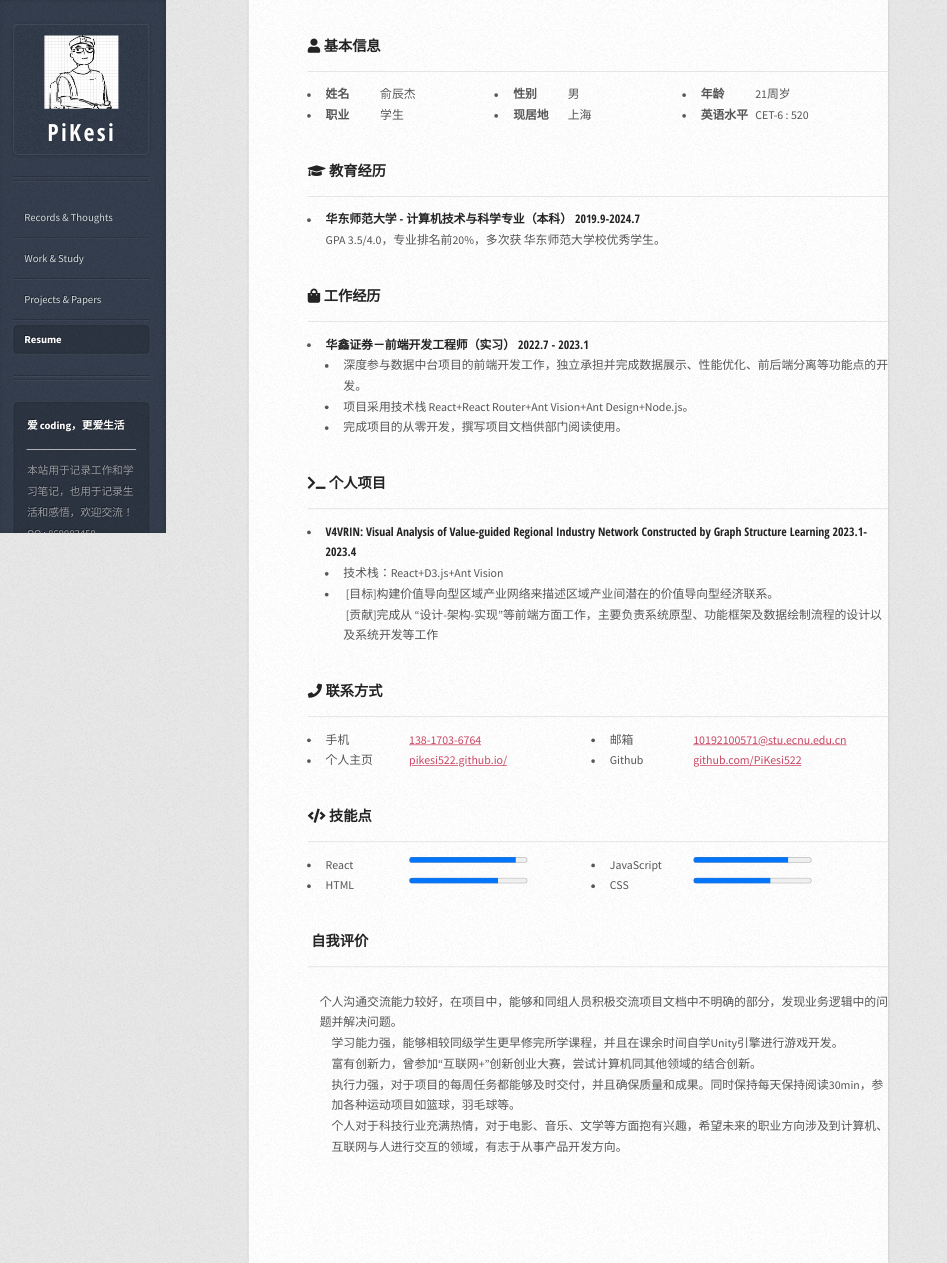
Repository: PiKesi522/PiKesi522.github.io
Page: resume.html
The author's editor kept a copy of each file at every save. The page is drawn from the files as they stood at one save, then again after the next save.
The browser window is 1280 px wide. The pictures show the whole page, at 74% of full size.

Above is the page before, as saved 2023-04-11 11:28:05.

### resume.html
<!DOCTYPE HTML>
<!--
	Striped by HTML5 UP
	html5up.net | @ajlkn
	Free for personal and commercial use under the CCA 3.0 license (html5up.net/license)
-->
<html>

<head>
    <title>Striped by HTML5 UP</title>
    <meta charset="utf-8" />
    <meta name="viewport" content="width=device-width, initial-scale=1, user-scalable=no" />
    <link rel="stylesheet" href="assets/css/main.css" />
</head>

<body class="is-preload">

    <!-- Content -->
    <div id="content">
        <div class="inner">

            <article class="container">
                <section class="side" id="side">
                    <!-- 个人肖像 -->
                    <!-- <section class="me"> -->

                    <!-- <h6 class="name" style="font-size: 30px;">PiKesi</h6> -->
                    <!-- <section class="portrait"> -->
                    <!-- 头像照片 -->
                    <!-- <img class="avatar" src="assets/images/avatar.jpg" style="padding-top: 1vh; width: 300px;" onload="loading()"> -->
                    <!-- </section> -->

                    <!-- </section> -->

                    <!-- 基本信息 -->
                    <section class="profile info-unit">
                        <h2>
                            <i class="fa fa-user" aria-hidden="true"></i> 基本信息
                        </h2>
                        <hr />
                        <ul style="display: grid;grid-template-columns:repeat(3, 33%);">
                            <li>
                                <div>
                                    <label style="font-weight: 600;">姓名</label>
                                    <span>俞辰杰</span>
                                </div>
                            </li>
                            <li>
                                <div>
                                    <label style="font-weight: 600;">性别</label>
                                    <span>男</span>
                                </div>
                            </li>
                            <li>
                                <div>
                                    <label style="font-weight: 600;">年龄</label>
                                    <span>21周岁</span>
                                </div>
                            </li>
                            <li>
                                <div>
                                    <label style="font-weight: 600;">职业</label>
                                    <span>学生</span>
                                </div>
                            </li>
                            <li>
                                <div>
                                    <label style="font-weight: 600;">现居地</label>
                                    <span>上海</span>
                                </div>
                            </li>
                            <li>
                                <div>
                                    <label style="font-weight: 600;">英语水平</label>
                                    <span>CET-6 : 520</span>
                                </div>
                            </li>
                            <!-- <li>
                                        <label>计算机水平</label>
                                        <span>软考中级</span>
                                    </li> -->
                        </ul>
                    </section>


                    <!--
                    <section class="qrcode info-unit">
                        <h2><i class="fa fa-qrcode" aria-hidden="true"></i>二维码</h2>
                        <hr />
                        <img src="https://github.com/if2er/FeZaoDuKe-Collection/blob/master/ifeees.jpg?raw=true"
                            style="width: 100%;" alt="">
                    </section> -->

                    <!-- 技术栈 -->
                    <!-- <div class="stack info-unit">
                                    <h2><i class="fa fa-code" aria-hidden="true"></i>其他</h2>
                                    <hr/>
                                    <ul>
                                        <li>
                                            <label>前端</label>
                                            <span>React、jQuery、微信小程序、Bootstrap、SASS、LESS</span>
                                        </li>
                                        <li>
                                            <label>后端</label>
                                            <span>Node.js、MySQL、MongoDB、WordPress、ThinkPHP</span>
                                        </li>
                                        <li>
                                            <label>其他</label>
                                            <span>Git、SVN、Markdown</span>
                                        </li>
                                    </ul>
                                </div> -->
                </section>

                <section class="main">

                    <!-- 教育经历 -->
                    <section class="edu info-unit">
                        <h2>
                            <i class="fa fa-graduation-cap" aria-hidden="true"></i> 教育经历
                        </h2>
                        <hr />
                        <ul>
                            <!-- <li>
                                <h3>
                                    <span>华东师范大学 - 计算机技术与科学专业</span>
                                    <time>2019.9-2024.7</time>
                                </h3>
                                <p>GPA
                                    <mark>3.5/4.0</mark>，期间发表国际会议英文摘要X篇，国内核心期刊文章X篇（其中第一作者X篇），获XXX，XXX2次，XXX2次。(此处根据自身情况填写，可以突出自己的亮点，或者跟求职目标相关的内容)
                                </p>
                            </li> -->
                            <li>
                                <h3>
                                    <span>华东师范大学 - 计算机技术与科学专业（本科）</span>
                                    <time>2019.9-2024.7</time>
                                </h3>
                                <p>GPA
                                    <mark>3.5/4.0</mark>，专业排名前20%，多次获 华东师范大学校优秀学生。
                                </p>
                            </li>
                        </ul>
                    </section>

                    <!-- 工作经历 -->
                    <section class="work info-unit">
                        <h2>
                            <i class="fa fa-shopping-bag" aria-hidden="true"></i> 工作经历
                        </h2>
                        <hr />
                        <ul>
                            <li>
                                <h3>
                                    <span>华鑫证券－前端开发工程师（实习）</span>
                                    <time>2022.7 - 2023.1</time>
                                </h3>
                                <ul class="info-content">
                                    <li>深度参与数据中台项目的前端开发工作，独立承担并完成数据展示、性能优化、前后端分离等功能点的开发。
                                    </li>
                                    <li>
                                        项目采用技术栈
                                        <mark>React+React Router+Ant Vision+Ant Design+Node.js</mark>。
                                    </li>
                                    <li>完成项目的从零开发，撰写项目文档供部门阅读使用。
                                    </li>
                                </ul>
                            </li>
                            <!-- <li>
                                <h3>
                                    <span>[经历2]XX－前端开发工程师（实习）</span>
                                    <time>20XX.10 - 20XX.7</time>
                                </h3>
                                <ul class="info-content">
                                    <li>深度参与公司主线产品「XXXX」的前端开发工作，完成帖子快捷回复、
                                        <mark>全站图片懒加载</mark>、活动banner、帖子管理（使用Yii框架）等功能。项目采用技术栈phpWind+NAMP。
                                        <a href="http://itsay.tech/162/" target="_blank">
                                            <i class="fa fa-link" aria-hidden="true"></i>博客文章</a>。
                                    </li>
                                    <li>主要参与公司产品「XXXX」的前端开发工作，实现接入微博、微信、QQ等
                                        <mark>第三方账号登录</mark>等功能。项目采用技术栈WordPress+NAMP。
                                    </li>
                                    <li>活动页面的开发（七夕活动、抽奖活动以及承接外包页面）。</li>
                                    <li>论坛
                                        <mark>图片增量备份</mark>（CentOS+vsftpd+crontab）
                                        <a href="#" target="_blank">
                                            <i class="fa fa-link" aria-hidden="true"></i>博客文章</a>。
                                    </li>
                                </ul>
                            </li> -->
                        </ul>
                    </section>

                    <!-- 项目经验 -->
                    <section class="project info-unit">
                        <h2>
                            <i class="fa fa-terminal" aria-hidden="true"></i> 个人项目
                        </h2>
                        <hr />
                        <ul>
                            <li>
                                <h3>
                                    <span>V4VRIN: Visual Analysis of Value-guided Regional Industry Network Constructed
                                        by Graph Structure Learning</span>
                                    <span class="link">
                                        <!-- <a href="#" target="_blank">Demo</a> -->
                                    </span>
                                    <time>2023.1-2023.4</time>
                                </h3>
                                <ul class="info-content">
                                    <li>技术栈：React+D3.js+Ant Vision</li>
                                    <li>
                                        <i class="fa fa-paper-plane-o" aria-hidden="true"></i>
                                        [目标]构建价值导向型区域产业网络来描述区域产业间潜在的价值导向型经济联系。
                                        <br />
                                        <!-- <i class="fa fa-users" aria-hidden="true"></i>
                                        [团队]同 2 位同专业同学一起
                                        <br /> -->
                                        <i class="fa fa-paper-plane-o" aria-hidden="true"></i>
                                        [贡献]完成从
                                        <mark>“设计-架构-实现”</mark>等前端方面工作，主要负责系统原型、功能框架及数据绘制流程的设计以及系统开发等工作
                                        <br />
                                        <!-- <i class="fa fa-thumbs-o-up" aria-hidden="true"></i>
                                        [效果]作品最终取得第三届共享杯国家级竞赛“一等奖” （2/2000） -->
                                    </li>
                                </ul>
                            </li>
                            <!-- <li>
                                <h3>
                                    <span>[项目2]肿瘤流行病数据可视化</span>
                                    <span class="link">
                                        <a href="#" target="_blank">Demo</a>
                                    </span>
                                    <time>201X.X-201X.X</time>
                                </h3>
                                <ul class="info-content">
                                    <li>技术栈：HTML 5+D3.js+ECharts+MySQL</li>
                                    <li>
                                        <i class="fa fa-paper-plane-o" aria-hidden="true"></i>
                                        [目标]实现常见肿瘤流行病数据多维度可视化展示、数据透视及分析
                                        <br />
                                        <i class="fa fa-users" aria-hidden="true"></i>
                                        [团队]与 1 位同学
                                        <br />
                                        <i class="fa fa-bars" aria-hidden="true"></i>
                                        [贡献]分析项目需求，清洗并整理相关数据(扩展第三方知识组织系统和 Google trends 数据)，并用
                                        <mark>D3.js</mark> 和
                                        <mark>ECharts</mark> 进行图形化展示以及实现简易自动分析 功能
                                        <br />
                                        <i class="fa fa-thumbs-o-up" aria-hidden="true"></i>
                                        [效果]作品取得第二届共享杯国家级竞赛“特等奖”(1/1500)
                                    </li>
                                </ul>
                            </li>
                            <li>
                                <h3>
                                    <span>[项目3]肿瘤流行病数据可视化</span>
                                    <span class="link">
                                        <a href="#" target="_blank">Demo</a>
                                    </span>
                                    <time>201X.X-201X.X</time>
                                </h3>
                                <ul class="info-content">
                                    <li>技术栈：HTML 5+D3.js+ECharts+MySQL</li>
                                    <li>
                                        <i class="fa fa-paper-plane-o" aria-hidden="true"></i>
                                        [目标]实现常见肿瘤流行病数据多维度可视化展示、数据透视及分析
                                        <br />
                                        <i class="fa fa-users" aria-hidden="true"></i>
                                        [团队]与 1 位同学
                                        <br />
                                        <i class="fa fa-bars" aria-hidden="true"></i>
                                        [贡献]分析项目需求，清洗并整理相关数据(扩展第三方知识组织系统和 Google trends 数据)，并用
                                        <mark>D3.js</mark> 和
                                        <mark>ECharts</mark> 进行图形化展示以及实现简易自动分析功能
                                        <br />
                                        <i class="fa fa-thumbs-o-up" aria-hidden="true"></i>
                                        [效果]作品取得第二届共享杯国家级竞赛“特等奖”(1/1500)
                                    </li>
                                </ul>
                            </li>
                            <li>
                                <h3>
                                    <span>[项目4]肿瘤流行病数据可视化</span>
                                    <span class="link">
                                        <a href="#" target="_blank">Demo</a>
                                    </span>
                                    <time>201X.X-201X.X</time>
                                </h3>
                                <ul class="info-content">
                                    <li>技术栈：HTML 5+D3.js+ECharts+MySQL</li>
                                    <li>
                                        <i class="fa fa-paper-plane-o" aria-hidden="true"></i>
                                        [目标]实现常见肿瘤流行病数据多维度可视化展示、数据透视及分析
                                        <br />
                                        <i class="fa fa-users" aria-hidden="true"></i>
                                        [团队]与 1 位
                                        <br />
                                        <i class="fa fa-bars" aria-hidden="true"></i>
                                        [贡献]分析项目需求，清洗并整理相关数据(扩展第三方知识组织系统和 Google trends 数据)，并用
                                        <mark>D3.js</mark> 和
                                        <mark>ECharts</mark> 进行图形化展示以及实现简易自动分析 功能
                                        <br />
                                        <i class="fa fa-thumbs-o-up" aria-hidden="true"></i>
                                        [效果]作品取得第二届共享杯国家级竞赛“特等奖”(1/1500)
                                    </li>
                                </ul>
                            </li> -->

                        </ul>
                    </section>

                    <!-- 联系方式 -->
                    <section class="contact info-unit">
                        <h2>
                            <i class="fa fa-phone" aria-hidden="true"></i> 联系方式
                        </h2>
                        <hr />
                        <ul style="display: grid; grid-template-columns:repeat(2, 50%);">
                            <li>
                                <div>
                                    <label>手机</label>
                                    <a href="#" target="_blank">138-1703-6764</a>
                                </div>
                            </li>
                            <li>
                                <div>
                                    <label>邮箱</label>
                                    <a href="mailto:10192100571@stu.ecnu.edu.cn"
                                        target="_blank">10192100571@stu.ecnu.edu.cn</a>
                                </div>
                            </li>
                            <li>
                                <div>
                                    <label>个人主页</label>
                                    <a href="https://pikesi522.github.io/" target="_blank">pikesi522.github.io/</a>
                                </div>
                            </li>
                            <li>
                                <div>
                                    <label>Github</label>
                                    <a href="https://github.com/PiKesi522" target="_blank">github.com/PiKesi522</a>
                                </div>
                            </li>
                        </ul>
                    </section>

                    <!-- 技能点 -->
                    <section class="skill info-unit">
                        <h2>
                            <i class="fa fa-code" aria-hidden="true"></i> 技能点
                        </h2>
                        <hr />
                        <ul style="display: grid; grid-template-columns:repeat(2, 50%);">
                            <li>
                                <div style="display: grid; grid-template-columns: 30% 70%;">
                                    <label>React</label>
                                    <div>
                                        <progress value="90" max="100"></progress>
                                    </div>
                                </div>
                            </li>
                            <li>
                                <div style="display: grid; grid-template-columns: 30% 70%;">
                                    <label>JavaScript</label>
                                    <div>
                                        <progress value="80" max="100"></progress>
                                    </div>
                                </div>
                            </li>
                            <li>
                                <div style="display: grid; grid-template-columns: 30% 70%;">
                                    <label>HTML</label>
                                    <div>
                                        <progress value="75" max="100"></progress>
                                    </div>
                                </div>
                            </li>
                            <li>
                                <div style="display: grid; grid-template-columns: 30% 70%;">
                                    <label>CSS</label>
                                    <div>
                                        <progress value="65" max="100"></progress>
                                    </div>
                                </div>
                            </li>
                        </ul>
                    </section>

                    <!-- 自我评价 -->
                    <section class="work info-unit">
                        <h2>
                            <i class="fa fa-pencil" aria-hidden="true"></i> 自我评价
                        </h2>
                        <hr />
                        <p>
                            <ul>个人沟通交流能力较好，在项目中，能够和同组人员积极交流项目文档中不明确的部分，发现业务逻辑中的问题并解决问题。
                            <br/>
                            <ul>学习能力强，能够相较同级学生更早修完所学课程，并且在课余时间自学Unity引擎进行游戏开发。
                            <br/>
                            富有创新力，曾参加“互联网+”创新创业大赛，尝试计算机同其他领域的结合创新。
                            <br/>
                            执行力强，对于项目的每周任务都能够及时交付，并且确保质量和成果。同时保持每天保持阅读30min，参加各种运动项目如篮球，羽毛球等。
                            <br/>
                            个人对于科技行业充满热情，对于电影、音乐、文学等方面抱有兴趣，希望未来的职业方向涉及到计算机、互联网与人进行交互的领域，有志于从事产品开发方向。
                            <!-- <span class="mark-txt">“多静多思考，反省不张扬”</span>是我给自己总结的“十字箴言”，鞭策自己做人既不能以己度人，也不以人观己，要脚踏实地做事，坚持自己的梦想和本心。 -->
                        </p>
                    </section>
                </section>
            </article>

        </div>
    </div>

	<!-- Sidebar -->
	<div id="sidebar">

		<!-- Logo -->
		<h1 id="logo">
			<a href="#">
				<img style="width: 100px;"
                    src="assets/images/icon1.jpg"
                    alt="Avator">
				<div style="margin: 0.5em 0 0 0;">
					PiKesi
				</div>
			</a>
		</h1>


		<!-- Nav -->
		<nav id="nav">
			<ul>
				<li><a href="index.html">Records & Thoughts</a></li>
				<li><a href="note.html">Work & Study</a></li>
				<li><a href="projects.html">Projects & Papers</a></li>
				<li class="current"><a href="resume.html">Resume</a></li>
				<!-- <li><a href="#">Contact Me</a></li> -->
			</ul>
		</nav>

		<!-- Text -->
		<section class="box text-style1">
			<div class="inner">
				<p>
					<strong> 爱 coding，更爱生活</strong>
					<hr>
					本站用于记录工作和学习笔记，也用于记录生活和感悟，欢迎交流！
					<br/>
					QQ : 860083450
					<br/>
					WX : PiKesi22
				</p>
			</div>
		</section>
	</div>

    <!-- Scripts -->
    <script src="assets/js/jquery.min.js"></script>
    <script src="assets/js/browser.min.js"></script>
    <script src="assets/js/breakpoints.min.js"></script>
    <script src="assets/js/util.js"></script>
    <script src="assets/js/main.js"></script>

</body>

</html>

Loaded but not shown: assets/js/jquery.min.js (library); assets/js/browser.min.js (common file); assets/css/fontawesome-all.min.css (library); assets/js/breakpoints.min.js (common file); assets/js/util.js (587 lines, source omitted); assets/css/main.css (3019 lines, source omitted); public/assets/js/main.js (no copy from this time; the picture is the same without it)

After the next save:
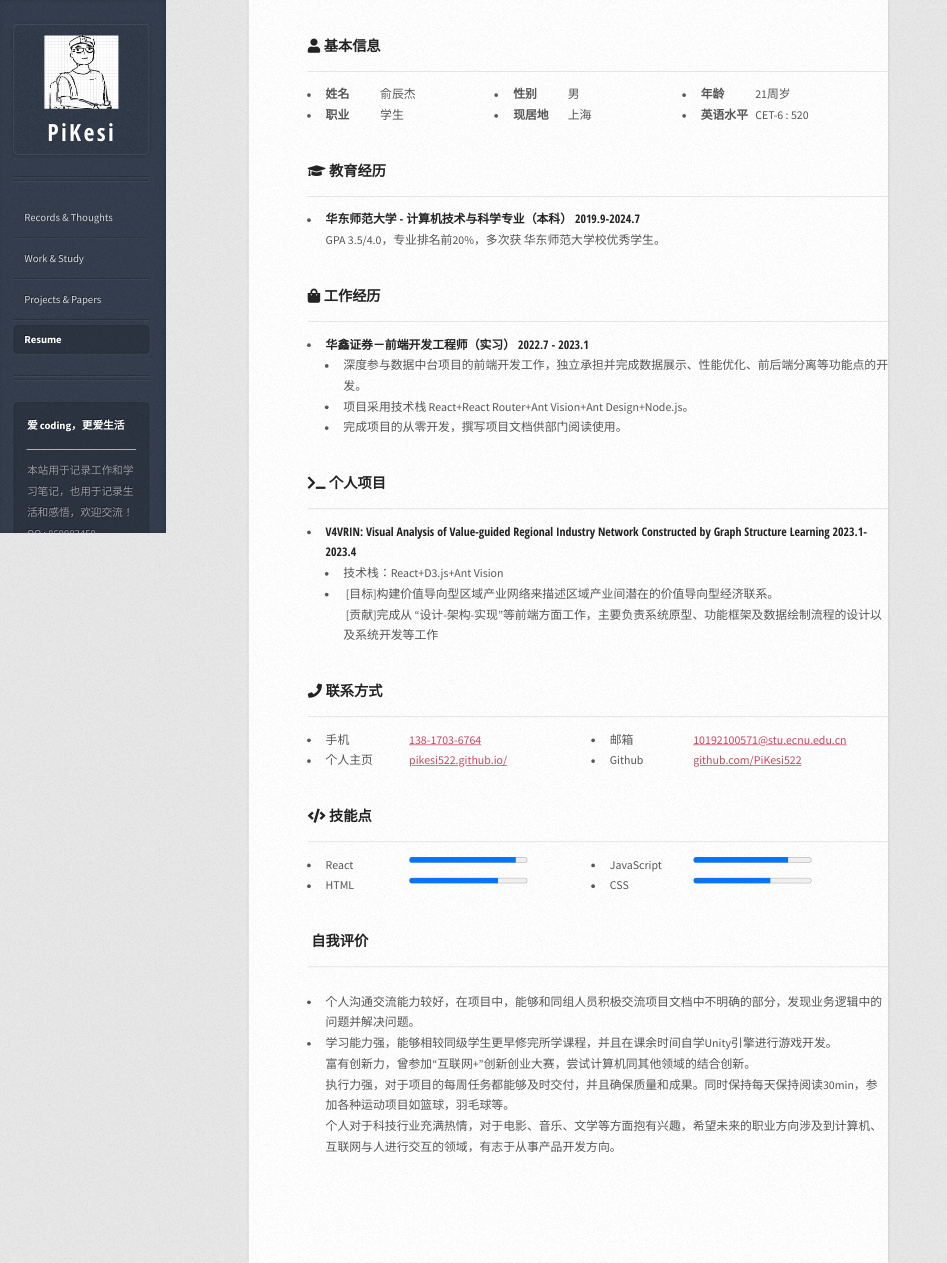
Saved 12 s later.
--- a/resume.html
+++ b/resume.html
@@ -393,9 +393,10 @@
                         </h2>
                         <hr />
                         <p>
-                            <ul>个人沟通交流能力较好，在项目中，能够和同组人员积极交流项目文档中不明确的部分，发现业务逻辑中的问题并解决问题。
+                            <ul>
+                            <li>个人沟通交流能力较好，在项目中，能够和同组人员积极交流项目文档中不明确的部分，发现业务逻辑中的问题并解决问题。
                             <br/>
-                            <ul>学习能力强，能够相较同级学生更早修完所学课程，并且在课余时间自学Unity引擎进行游戏开发。
+                            <li>学习能力强，能够相较同级学生更早修完所学课程，并且在课余时间自学Unity引擎进行游戏开发。
                             <br/>
                             富有创新力，曾参加“互联网+”创新创业大赛，尝试计算机同其他领域的结合创新。
                             <br/>
